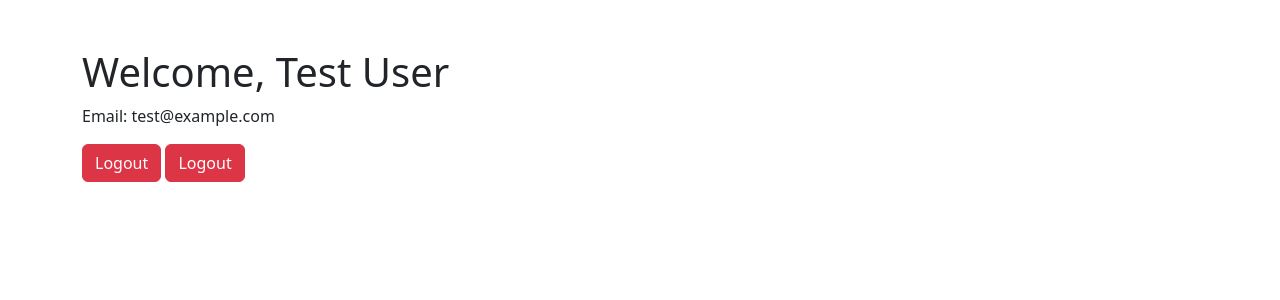
Repository: Abdulahi338/Authentication-using-laravel-11
Page: http://localhost/dashboard
The author's editor kept a copy of each file at every save. The page is drawn from the files as they stood at one save, then again after a run of saves.
The browser window is 1280 px wide. The pictures show the whole page.
The page is served by the project's Laravel application, run on PHP 8.4 with Laravel 12. A made-up administrator, Test User (test@example.com), is signed in. Other server files are loaded and not shown.

Above is the page before, as saved 2024-10-16 09:56:54.

### routes/web.php
<?php


use Illuminate\Support\Facades\Route;
use App\Http\Controllers\AuthController;
use Illuminate\Support\Facades\Auth;

// Guest routes (not logged in)
Route::middleware('guest')->group(function () {
    // Home route
    Route::get('/', function () {
        return view('layouts.app');
    })->name('home');

    // Registration routes
    Route::get('/register', function () {
        return view('auth.register');
    })->name('register.form');

    Route::post('/register', [AuthController::class, 'register'])->name('register');

    // Login routes
    Route::get('/login', function () {
        return view('auth.login');
    })->name('login.form');

    Route::post('/login', [AuthController::class, 'login'])->name('login');

    // Password reset request routes
    Route::get('/password/reset', [AuthController::class, 'showResetRequestForm'])->name('password.request');
    Route::post('/password/email', [AuthController::class, 'sendResetLinkEmail'])->name('password.email');

    // Password reset routes
    Route::get('/password/reset/{token}/{email}', [AuthController::class, 'showResetForm'])->name('password.reset');
    Route::post('/password/reset', [AuthController::class, 'reset'])->name('password.update');
    Route::get('/verify-email/{token}', [AuthController::class, 'verifyEmail'])->name('verification.verify');



});

// Authenticated routes (users who are logged in)
Route::middleware('auth')->group(function () {
     // Email verification route

    // Verification notice route
    Route::get('/verification-notice', function () {
        return view('auth.verification-notice');
    })->name('verification.notice');
        // Resend verification route
        Route::post('/resend-verification', [AuthController::class, 'resendVerification'])->name('verification.resend');
    // Dashboard route
    Route::get('/dashboard', [AuthController::class, 'dashboard'])->name('dashboard');

    // Logout route
    Route::post('/logout', [AuthController::class, 'logout'])->name('logout');

});


use App\Http\Controllers\PostController;

Route::middleware(['auth', 'verified'])->group(function () {
    Route::get('/posts', [PostController::class, 'index'])->name('posts.index');
    Route::get('/posts/create', [PostController::class, 'create'])->name('posts.create');
    Route::post('/posts', [PostController::class, 'store'])->name('posts.store');
    Route::get('/posts/{post}/edit', [PostController::class, 'edit'])->name('posts.edit');
    Route::put('/posts/{post}', [PostController::class, 'update'])->name('posts.update');
    Route::delete('/posts/{post}', [PostController::class, 'destroy'])->name('posts.destroy');
});

### app/Models/User.php
<?php

namespace App\Models;

// use Illuminate\Contracts\Auth\MustVerifyEmail;
use Illuminate\Database\Eloquent\Factories\HasFactory;
use Illuminate\Foundation\Auth\User as Authenticatable;
use Illuminate\Notifications\Notifiable;

class User extends Authenticatable
{
    use HasFactory, Notifiable;

    /**
     * The attributes that are mass assignable.
     *
     * @var array<int, string>
     */
    // User.php
public function posts()
{
    return $this->hasMany(Post::class);
}


    protected $fillable = [
        'name',
        'email',
        'password',
    ];

    /**
     * The attributes that should be hidden for serialization.
     *
     * @var array<int, string>
     */
    protected $hidden = [
        'password',
        'remember_token',
    ];

    /**
     * Get the attributes that should be cast.
     *
     * @return array<string, string>
     */
    protected function casts(): array
    {
        return [
            'email_verified_at' => 'datetime',
            'password' => 'hashed',
        ];
    }
}

### app/Http/Controllers/AuthController.php
<?php

namespace App\Http\Controllers;

use App\Models\User;
use App\Mail\VerificationMail;
use Illuminate\Http\Request;
use Illuminate\Support\Facades\Hash;
use Illuminate\Support\Facades\Mail;
use Illuminate\Support\Facades\DB;
use Illuminate\Support\Str;
use Illuminate\Support\Facades\Password;

class AuthController extends Controller
{
    // Registration function
    public function register(Request $request)
    {
        // Validate user input
        $validated = $request->validate([
            'name' => 'required|string|max:255',
            'email' => 'required|email|unique:users,email',
            'password' => 'required|string|min:3|confirmed', // Password should be more secure
        ]);

        // Hash password and create the user
        $user = User::create([
            'name' => $validated['name'],
            'email' => $validated['email'],
            'password' => Hash::make($validated['password']),
        ]);

        // Generate verification token
        $token = Str::random(32);
        DB::table('email_verifications')->insert([
            'user_id' => $user->id,
            'token' => $token,
            'created_at' => now(),
        ]);

        // Send verification email
        Mail::to($user->email)->send(new VerificationMail($user, $token));

        // Redirect to login with a success message
        return redirect()->route('login')->with('message', 'Registration successful! Please check your email to verify your account.');
    }

    // Login function
    public function login(Request $request)
    {
        // Validate the login request
        $credentials = $request->validate([
            'email' => 'required|email',
            'password' => 'required|string',
        ]);

        // Attempt to find the user
        $user = User::where('email', $credentials['email'])->first();

        if (!$user) {
            return redirect()->back()->withErrors(['email' => 'Invalid credentials.'])->withInput();
        }

        // Check if the email is verified
        if (!$user->email_verified_at) {
            return redirect()->back()->withErrors(['email' => 'Please verify your email first.'])->withInput();
        }

        // Check the password
        if (!Hash::check($credentials['password'], $user->password)) {
            return redirect()->back()->withErrors(['email' => 'Invalid credentials.'])->withInput();
        }

        // Log the user in
        auth()->login($user);

        return redirect()->route('dashboard'); // Redirect to the dashboard after successful login
    }

    // Email Verification function
    public function verifyEmail($token)
    {
        // Look for the token in the email_verifications table
        $verification = DB::table('email_verifications')->where('token', $token)->first();

        // If the token is not found, return an error
        if (!$verification) {
            return redirect()->route('login')->withErrors(['token' => 'Invalid verification token.']);
        }

        // Find the user by the token
        $user = User::find($verification->user_id);

        // Mark email as verified
        $user->email_verified_at = now();
        $user->save();

        // Optionally delete the token after successful verification
        DB::table('email_verifications')->where('token', $token)->delete();

        // Log the user in
        auth()->login($user);

        return redirect()->route('dashboard')->with('message', 'Email verified successfully! Welcome to your dashboard.');
    }

    // Resend Email Verification
    public function resendVerification(Request $request)
    {
        // Validate the request
        $request->validate([
            'email' => 'required|email',
        ]);

        // Find the user by email
        $user = User::where('email', $request->email)->first();

        if (!$user) {
            return redirect()->back()->withErrors(['email' => 'User not found.']);
        }

        // Check if the user already has a verified email
        if ($user->email_verified_at) {
            return redirect()->back()->withErrors(['email' => 'Email is already verified.']);
        }

        // Generate a new verification token
        $token = Str::random(32);

        // Update or create a new verification record
        DB::table('email_verifications')->updateOrInsert(
            ['user_id' => $user->id],
            ['token' => $token, 'created_at' => now()]
        );

        // Send the verification email
        Mail::to($user->email)->send(new VerificationMail($user, $token));

        return redirect()->back()->with('message', 'Verification email resent.');
    }

    // Show password reset request form
    public function showResetRequestForm()
    {
        return view('auth.passwords.email');
    }

    // Handle sending the reset link
    public function sendResetLinkEmail(Request $request)
    {
        // Validate the request
        $request->validate([
            'email' => 'required|email',
        ]);

        // Send the reset link
        $status = Password::sendResetLink($request->only('email'));

        // Return response based on the status
        return $status === Password::RESET_LINK_SENT
            ? back()->with('status', __($status))
            : back()->withErrors(['email' => __($status)]);
    }

    // Password Reset Form
    public function showResetForm($token, $email)
    {
        return view('auth.passwords.reset')->with(['token' => $token, 'email' => $email]);
    }

    // Handle password reset
    public function reset(Request $request)
    {
        // Validate the request
        $request->validate([
            'email' => 'required|email',
            'password' => 'required|string|min:6|confirmed',
            'token' => 'required',
        ]);

        // Reset the password
        $status = Password::reset(
            $request->only('email', 'password', 'password_confirmation', 'token'),
            function ($user) use ($request) {
                $user->password = Hash::make($request->password);
                $user->save();
            }
        );

        // Redirect or return based on the status
        return $status === Password::PASSWORD_RESET
            ? redirect()->route('login')->with('status', __($status))
            : back()->withErrors(['email' => __($status)]);
    }

    // Dashboard
    public function dashboard()
    {
        if (auth()->check()) {
            return view('dashboard', ['user' => auth()->user()]);
        }

        return redirect('/login')->with('message', 'Please log in first.');
    }

    // Logout
    public function logout(Request $request)
    {
        auth()->logout();
        return redirect('/login')->with('message', 'You have been logged out successfully!');
    }
}

### resources/views/dashboard.blade.php
{{-- resources/views/dashboard.blade.php --}}
<!DOCTYPE html>
<html lang="en">
<head>
    <meta charset="UTF-8">
    <meta name="viewport" content="width=device-width, initial-scale=1.0">
    <link href="https://cdn.jsdelivr.net/npm/bootstrap@5.3.0-alpha1/dist/css/bootstrap.min.css" rel="stylesheet">
    <title>User Dashboard</title>
</head>
<body>

    <div class="container mt-5">
        @if(session('message'))
        <div class="alert alert-success">{{ session('message') }}</div>
    @endif
        <h1>Welcome, {{ $user->name }}</h1>
        <p>Email: {{ $user->email }}</p>


        <form action="{{ url('/logout') }}" method="POST">
            @csrf
            <button type="submit" class="btn btn-danger">Logout</button>
            <button type="submit" class="btn btn-danger">Logout</button>
        </form>
    </div>
</body>
</html>

Loaded but not shown: app/Http/Controllers/Controller.php (common file)

After the next 2 saves:
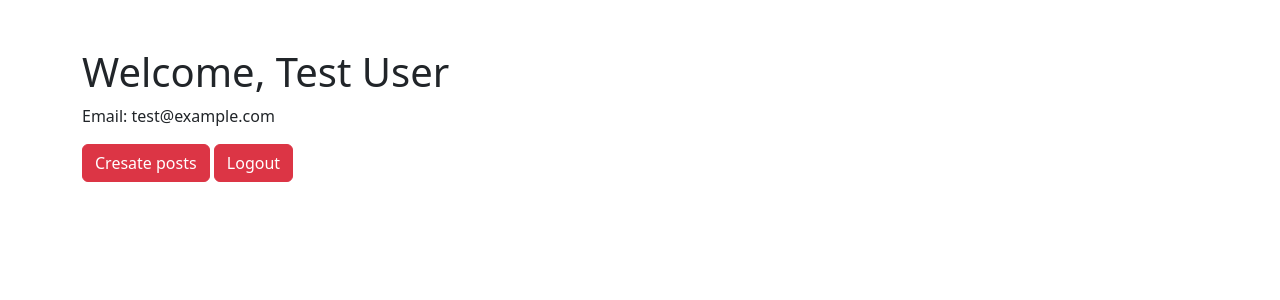
The 2 saves are shown as one change because they came seconds apart.
The last was saved 8 s later.
--- a/resources/views/dashboard.blade.php
+++ b/resources/views/dashboard.blade.php
@@ -19,7 +19,7 @@
 
         <form action="{{ url('/logout') }}" method="POST">
             @csrf
-            <button type="submit" class="btn btn-danger">Logout</button>
+            <button type="submit" class="btn btn-danger">Cresate posts</button>
             <button type="submit" class="btn btn-danger">Logout</button>
         </form>
     </div>
